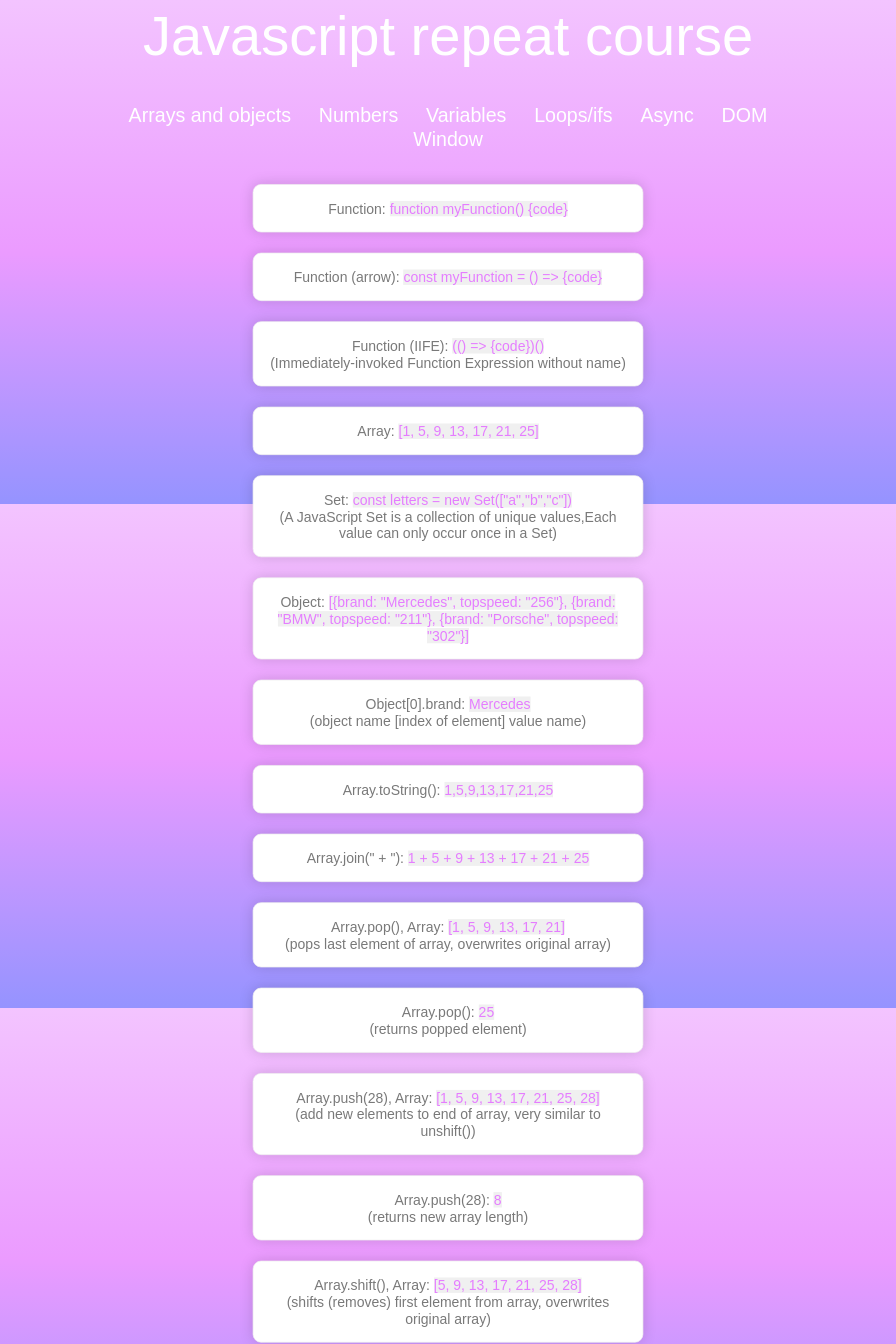
Repository: michalgornicki/javascript
Page: /
An editor plug-in stored every save of this project. The page is shown before and after the next save, followed by the edit.
The browser window is 1280 px wide. The pictures show the part of the page from y = 0 to 1920 px (the page is 5037 px tall), at 70% of full size.
Backgrounds fixed to the window are drawn as part of the page. The project was rebuilt for these pictures with package versions that can differ from the ones it lists, and the page was loaded fresh each time. Also part of the build but not shown: src/index.css, src/components/variables.jsx, src/components/numbers.jsx, src/components/loops.jsx, src/components/async.jsx, src/components/DOM manipulation.jsx, src/components/window.jsx.

Above is the page before, as saved 2022-02-04 12:49:46.

After the next save:
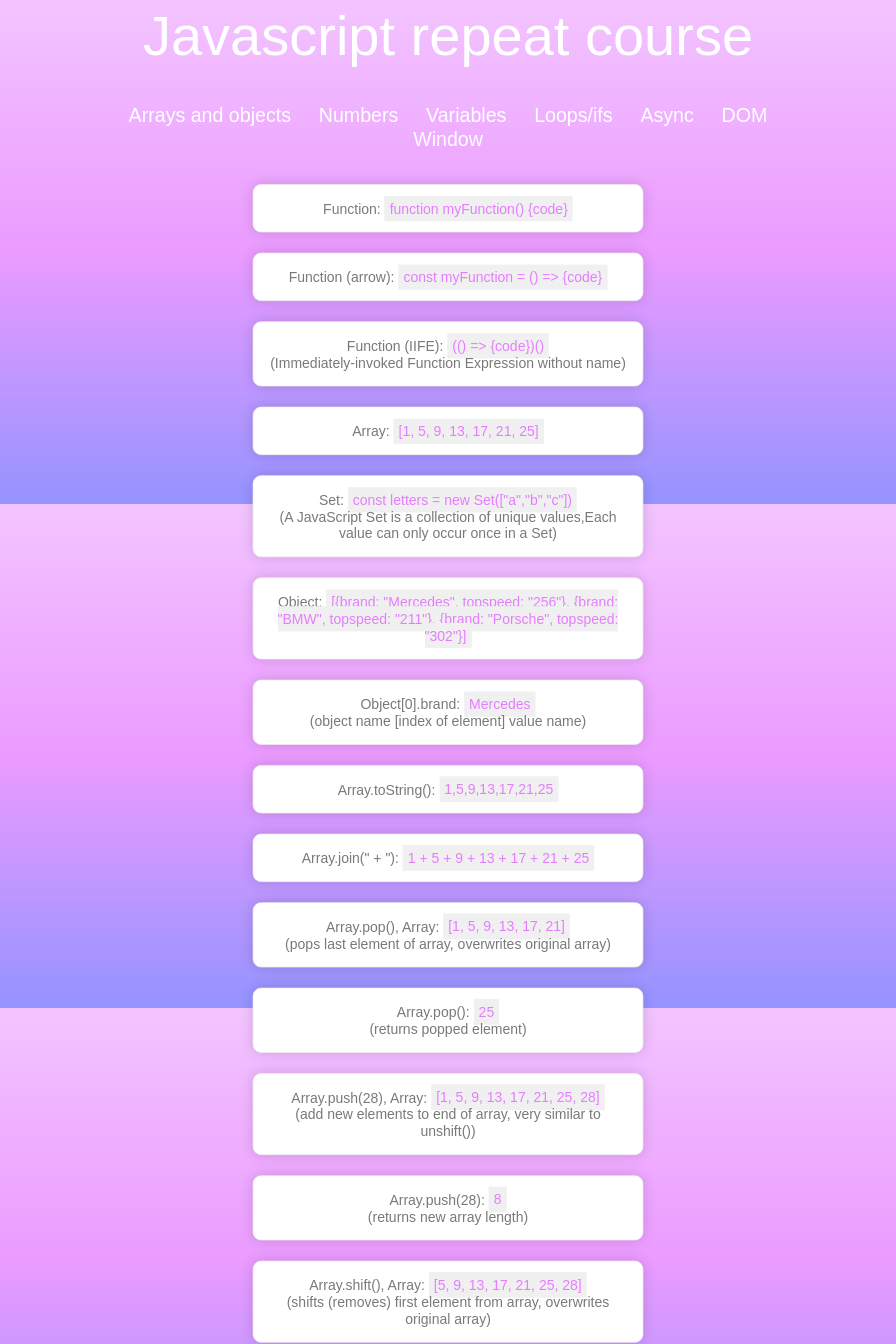
Saved 5 s later.
--- a/src/App.css
+++ b/src/App.css
@@ -29,7 +29,7 @@ body{
 .text-pink{
     color:rgb(229, 125, 255)!important;
     background-color: rgb(240, 240, 240);
-
+    padding: 1vmin;
 }
 
 .link-style{
